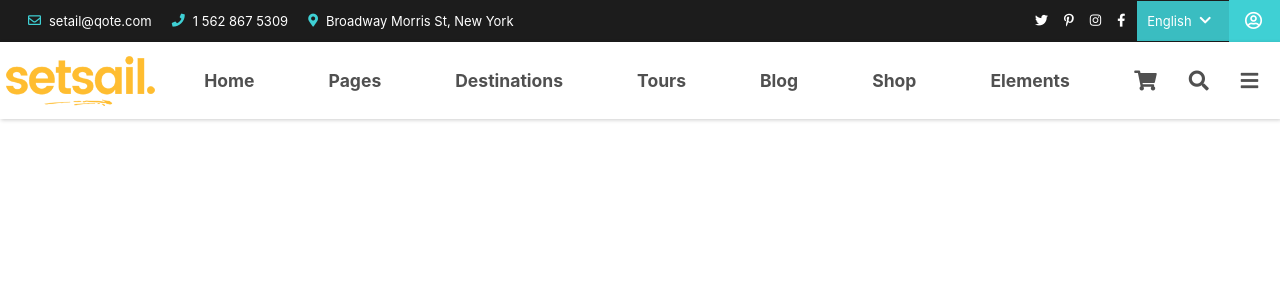
Repository: Hunga9k50doker/Setail
Page: /
An editor plug-in stored every save of this project. The page is shown before and after a run of saves, followed by the edit.
The browser window is 1280 px wide. The pictures show the whole page.
The project was rebuilt for these pictures with package versions that can differ from the ones it lists, and the page was loaded fresh each time.

Above is the page before, as saved 2021-10-21 11:34:46.

After the next 2 saves:
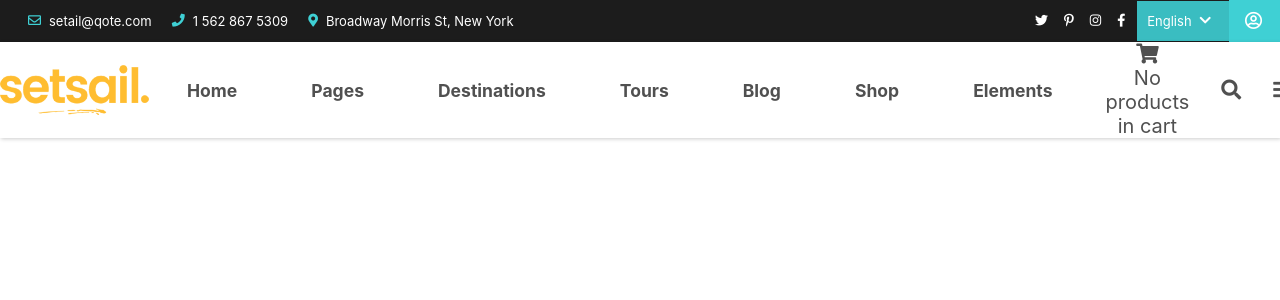
The 2 saves are shown as one change because 1 did not build or start.
The last was saved 14 s later.
--- a/src/components/Navigation/Nav.js
+++ b/src/components/Navigation/Nav.js
@@ -183,7 +183,7 @@ const Nav = () => {
         <li className="nav__innerRight-item nav__innerRight-item-cart">
           <i className="fas fa-shopping-cart"></i>
           <div className="cart-category">
-
+            <p>No products in cart</p>
           </div>
         </li>
         <li className="nav__innerRight-item nav__innerRight-item-search">
